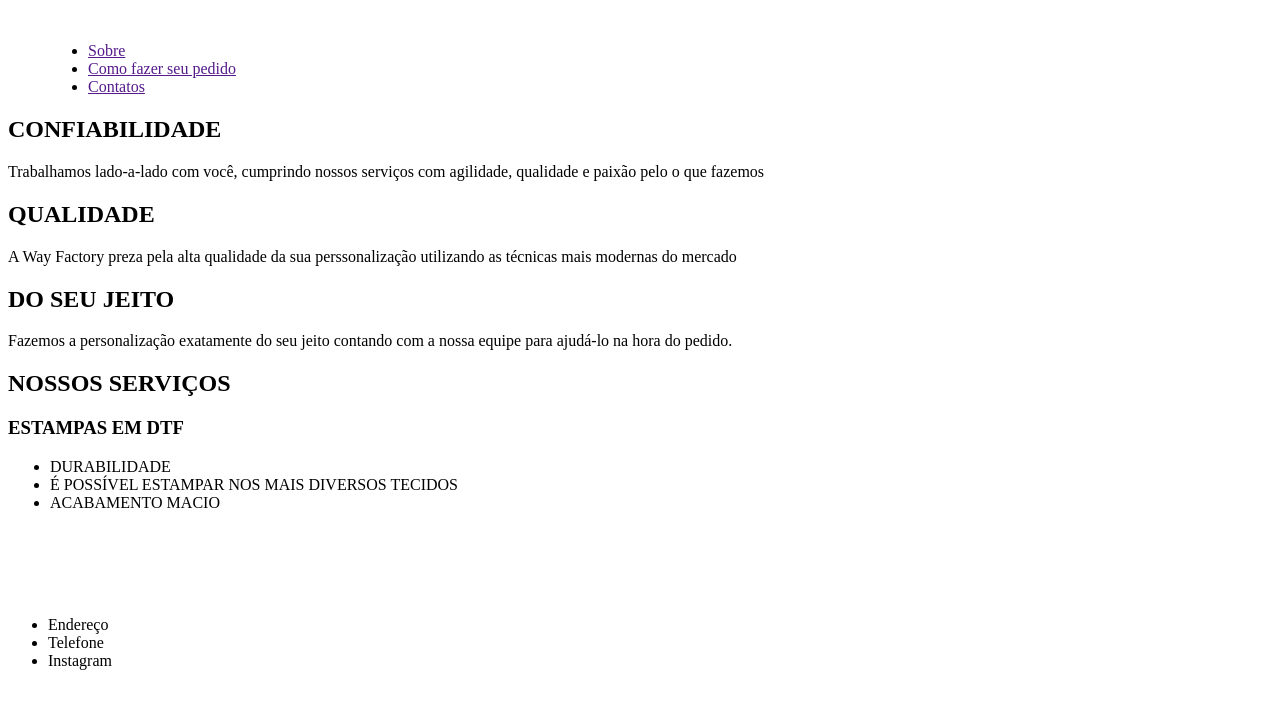
Repository: Leonngc/way-factory
Page: index.html
The author's editor kept a copy of each file at every save. The page is drawn from the files as they stood at one save, then again after the next save.
The browser window is 1280 px wide. The pictures show the whole page.
Some icons come from a web library that is not loaded, so they are not drawn.

Above is the page before, as saved 2023-02-07 20:07:43.

After the next save:
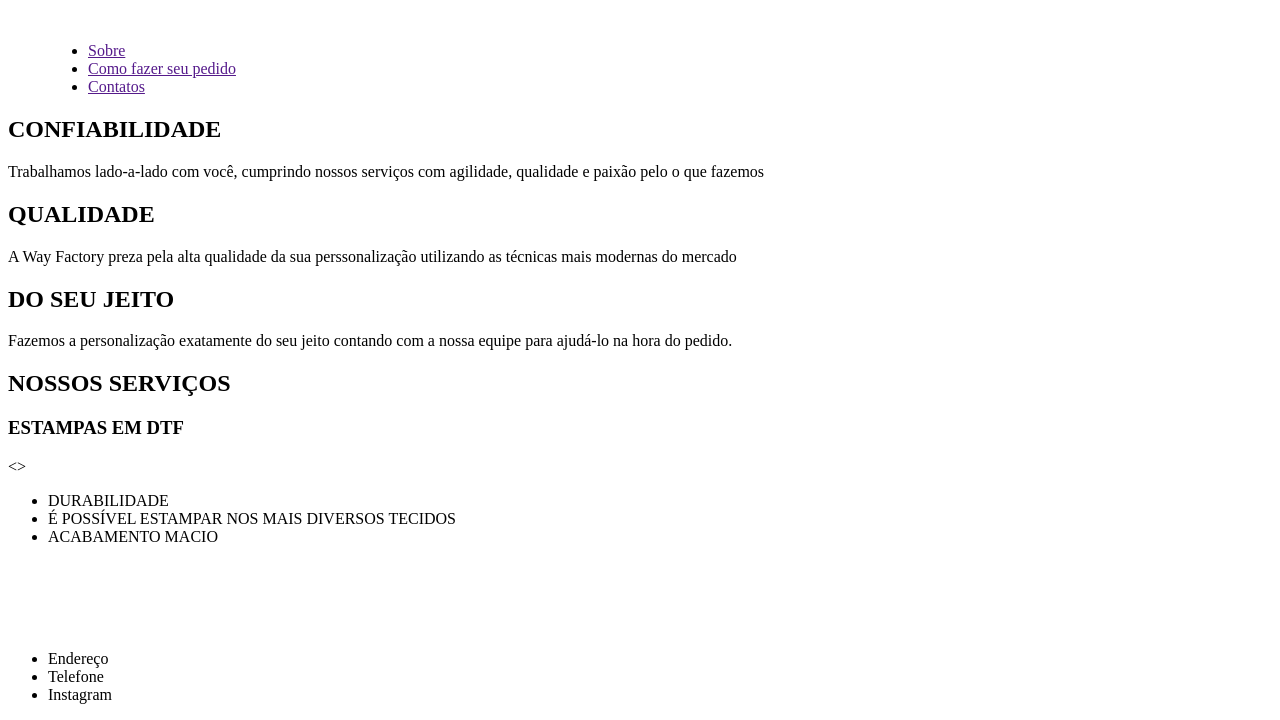
Saved 18 s later.
--- a/index.html
+++ b/index.html
@@ -55,7 +55,7 @@
         <h2>NOSSOS SERVIÇOS</h2>
         <div>
             <h3>ESTAMPAS EM DTF</h3>
-            <legend>
+            <>
                 <ul>
                     <li>DURABILIDADE</li>
                     <li>É POSSÍVEL ESTAMPAR NOS MAIS DIVERSOS TECIDOS</li>
